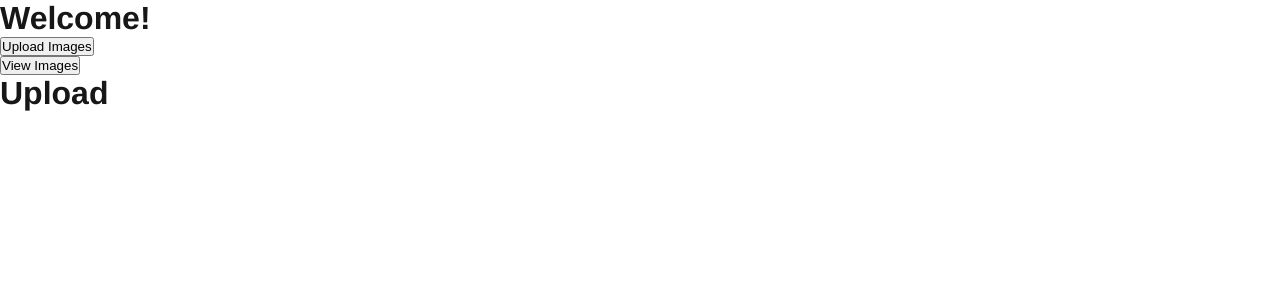
Repository: EricRobertCampbell/palaeo-fossil-classifier
Page: /dashboard (app in palaeo-fossil-classifier/), after clicking the first element matching `button.button`
The author's editor kept a copy of each file at every save. The page is drawn from the files as they stood at one save, then again after a run of saves.
The browser window is 1280 px wide. The pictures show the whole page.
Some web libraries are served in a nearby version. The project was rebuilt for these pictures with package versions that can differ from the ones it lists, and the page was loaded fresh each time. The framework's server and built-in components were replaced by stand-ins that run in the browser. Also part of the build but not shown: palaeo-fossil-classifier/next.config.ts, palaeo-fossil-classifier/app/classify.tsx.

Above is the page before, as saved 2024-11-30 14:27:27.

### palaeo-fossil-classifier/app/dashboard/page.tsx
"use client";
import React from "react";
import "./page.module.css";
import { useState } from "react";
import Admin from "../admin";
import Classify from "../classify";

export default function dashboard() {
  const [component1, setComponent1] = useState(false);
  const [component2, setComponent2] = useState(false);

  const handleAdmin = () => {
    setComponent1(true);
    setComponent2(false);
  };
  const handleClasify = () => {
    setComponent2(true);
    setComponent1(false);
  };

  return (
    <div>
      <h1>Welcome!</h1>
      <div className="area">
        <nav className="main-menu">
          <ul>
            <li className="">
              <button
                className="button"
                onClick={() => {
                  handleAdmin();
                }}
              >
                <span className="nav-text">Upload Images</span>
              </button>
            </li>
            <li className="has-subnav">
              <button
                className="button"
                onClick={() => {
                  handleClasify();
                }}
              >
                <span className="nav-text">View Images</span>
              </button>
            </li>
          </ul>
        </nav>
        <div className="component">{component1 ? <Admin /> : <></>}</div>
        <div className="component">{component2 ? <Classify /> : <></>}</div>
      </div>
    </div>
  );
}

### palaeo-fossil-classifier/app/globals.css
:root {
  --background: #ffffff;
  --foreground: #171717;
}

@media (prefers-color-scheme: dark) {
  :root {
    --background: #0a0a0a;
    --foreground: #ededed;
  }
}

html,
body {
  max-width: 100vw;
  overflow-x: hidden;
}

body {
  color: var(--foreground);
  background: var(--background);
  font-family: Helvetica;
  -webkit-font-smoothing: antialiased;
  -moz-osx-font-smoothing: grayscale;
}

* {
  box-sizing: border-box;
  padding: 0;
  margin: 0;
}

a {
  color: inherit;
  text-decoration: none;
}

@media (prefers-color-scheme: dark) {
  html {
    color-scheme: dark;
  }
}

### palaeo-fossil-classifier/app/dashboard/page.module.css
@import url(//netdna.bootstrapcdn.com/font-awesome/4.0.3/css/font-awesome.css);

@import url(https://fonts.googleapis.com/css?family=Titillium+Web:300);

.area{
    display: inline;
}

.button{
    font-family: Helvetica;
    padding: 1.5rem;
    margin: 1rem;
}

.main-menu:hover,nav.main-menu.expanded {
width:250px;
overflow:visible;
}

.main-menu>ul {
margin:7px 0;
}

.main-menu li {
position:relative;
display:block;
width:250px;
}

.main-menu li>a {
position:relative;
display:table;
border-collapse:collapse;
border-spacing:0;
color:#999;
 font-family: arial;
font-size: 14px;
text-decoration:none;
-webkit-transform:translateZ(0) scale(1,1);
-webkit-transition:all .1s linear;
transition:all .1s linear;

}

.main-menu .nav-icon {
position:relative;
display:table-cell;
width:60px;
height:36px;
text-align:center;
vertical-align:middle;
font-size:18px;
}

.main-menu .nav-text {
position:relative;
display:table-cell;
vertical-align:middle;
width:190px;
  font-family: 'Titillium Web', sans-serif;
}

.main-menu>ul.logout {
position:absolute;
left:0;
bottom:0;
}

.no-touch .scrollable.hover {
overflow-y:hidden;
}

.no-touch .scrollable.hover:hover {
overflow-y:auto;
overflow:visible;
}

.a:hover,.a:focus {
text-decoration:none;
}

.nav {
-webkit-user-select:none;
-moz-user-select:none;
-ms-user-select:none;
-o-user-select:none;
user-select:none;
}

.area {
float: left;
background: #e2e2e2;
width: 50%;
height: 50%;
}

.component{
    display: inline;
}

@font-face {
  font-family: 'Titillium Web';
  font-style: normal;
  font-weight: 300;
  src: local('Titillium WebLight'), local('TitilliumWeb-Light'), url(http://themes.googleusercontent.com/static/fonts/titilliumweb/v2/anMUvcNT0H1YN4FII8wpr24bNCNEoFTpS2BTjF6FB5E.woff) format('woff');
}

### palaeo-fossil-classifier/app/admin.tsx
import React from "react";

export default function admin() {
  return (
    <div>
      <h1>Upload</h1>
      <p></p>
    </div>
  );
}

Loaded but not shown: palaeo-fossil-classifier/app/layout.tsx (common file)

After the next 4 saves:
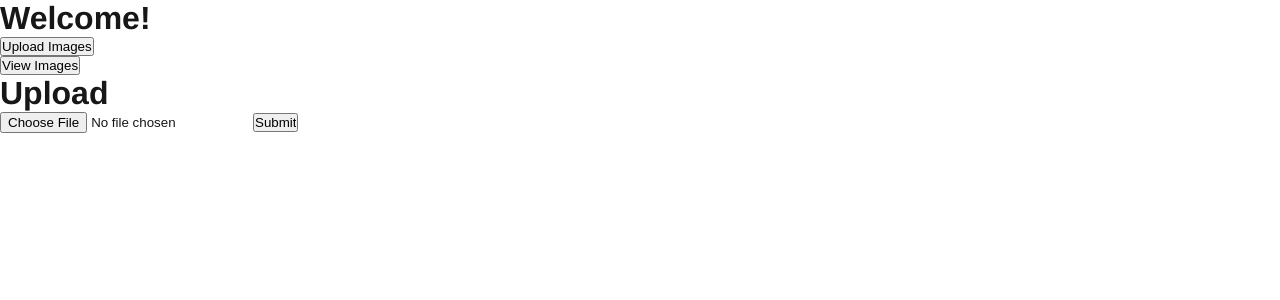
The 4 saves are shown as one change because 3 did not build or start.
The last was saved 2 min 2 s later.
--- a/palaeo-fossil-classifier/app/admin.tsx
+++ b/palaeo-fossil-classifier/app/admin.tsx
@@ -4,7 +4,10 @@ export default function admin() {
   return (
     <div>
       <h1>Upload</h1>
-      <p></p>
+      <form>
+        <input type="file" id="myFile" name="filename" />
+        <input type="submit" />
+      </form>
     </div>
   );
 }
